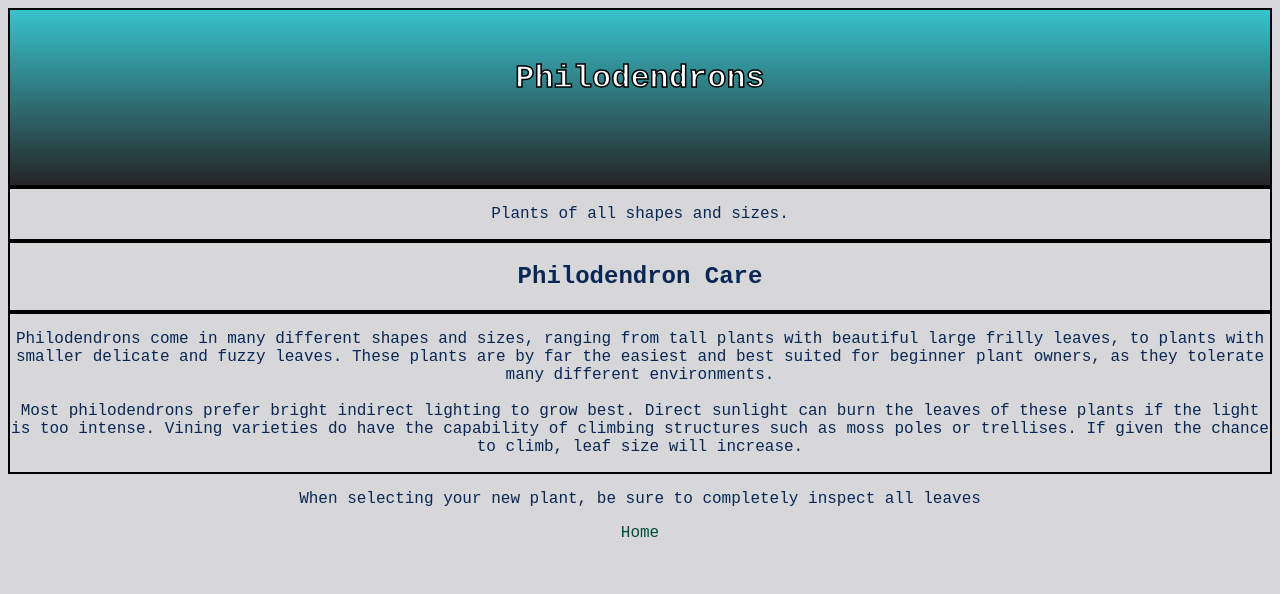
Repository: swillis91/odin-recipies
Page: Planty Page/philodendrons.html
The author's editor kept a copy of each file at every save. The page is drawn from the files as they stood at one save, then again after the next save.
The browser window is 1280 px wide. The pictures show the whole page.

Above is the page before, as saved 2023-08-14 23:39:57.

### Planty Page/philodendrons.html
<!DOCTYPE html>
    <html>
        <head>
            <title>Calatheas</title>
            <link href="style.css" rel="stylesheet"
        </head>
        <body>
            <div class="Header">
            <h1 class="heading">Philodendrons</h1>
            </div>
            <div class="box">
              <p>Plants of all shapes and sizes.</p>
            </div>
            <div class="box">
            <h2 class="species">Philodendron Care</h2>
            </div>
            <div class="box">
                <p class="care">Philodendrons come in many different shapes and sizes, ranging from tall plants with beautiful large frilly leaves, to plants with smaller delicate and fuzzy leaves. These plants are by far the easiest and best suited for beginner plant owners, as they tolerate many different environments.
                <br>
                <br>
                Most philodendrons prefer bright indirect lighting to grow best. Direct sunlight can burn the leaves of these plants if the light is too intense. Vining varieties do have the capability of climbing structures such as moss poles or trellises. If given the chance to climb, leaf size will increase.</p>
            </div>
            <div>
                <p>When selecting your new plant, be sure to completely inspect all leaves</p>
            </div>
              </p>
                <!--img src="./Images/makoyana.webp" id="calathea makoyana" width="700px"-->
            <footer>
                <nav>
                    <a href="./index.html" class="navigation">Home</a>

                </nav>
            </footer>
        </body>
    </html>

### Planty Page/style.css
body{
    background-color: rgb(215, 215, 217);
    color:rgb(8, 39, 85);
    text-align: center;
    font-family: 'Permanent Marker', cursive;
    font-family: 'Space Mono', monospace;
}

.heading{
    color: rgb(0, 0, 0);
    -webkit-text-fill-color: rgb(255, 255, 255);
    -webkit-text-stroke-width: 1.5px;
    -webkit-text-stroke-color: rgb(0, 0, 0);
    text-transform: capitalize;
    border: 2px solid rgb(0, 3, 3);
    background-image: linear-gradient(rgba(15, 189, 201, 0.795), rgba(0, 0, 0, 0.827));
    height: 75px;
    margin: 0 auto;
    padding:50px 20px;

}

div.box{
    border:2px solid black;
    display: flex;
    margin-left: auto;
    flex-direction:column;
    align-content: center;
}

#calathea-makoyana{
    width: 500px;
    Height: auto:
}

.navigation{
    color:rgb(1, 75, 56);
    text-decoration: none;
}

a:hover{
    color: rgb(20, 220, 2);
    background-color: rgb(5, 55, 1);
}

After the next save:
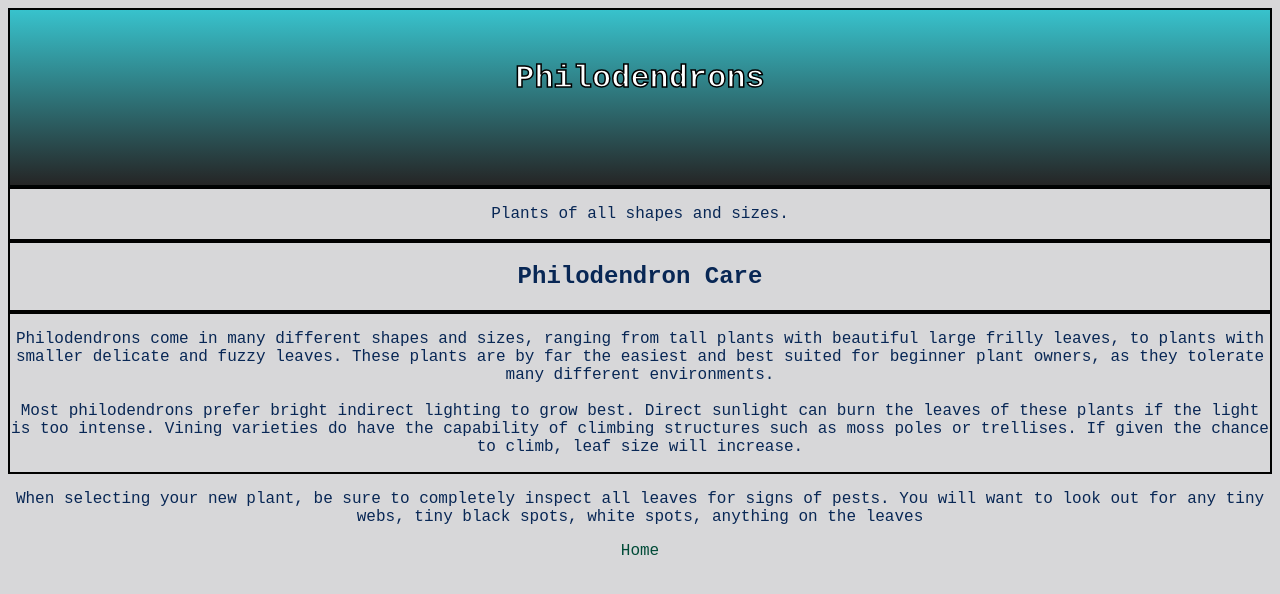
Saved 44 s later.
--- a/Planty Page/philodendrons.html
+++ b/Planty Page/philodendrons.html
@@ -21,7 +21,7 @@
                 Most philodendrons prefer bright indirect lighting to grow best. Direct sunlight can burn the leaves of these plants if the light is too intense. Vining varieties do have the capability of climbing structures such as moss poles or trellises. If given the chance to climb, leaf size will increase.</p>
             </div>
             <div>
-                <p>When selecting your new plant, be sure to completely inspect all leaves</p>
+                <p>When selecting your new plant, be sure to completely inspect all leaves for signs of pests. You will want to look out for any tiny webs, tiny black spots, white spots, anything on the leaves </p>
             </div>
               </p>
                 <!--img src="./Images/makoyana.webp" id="calathea makoyana" width="700px"-->
